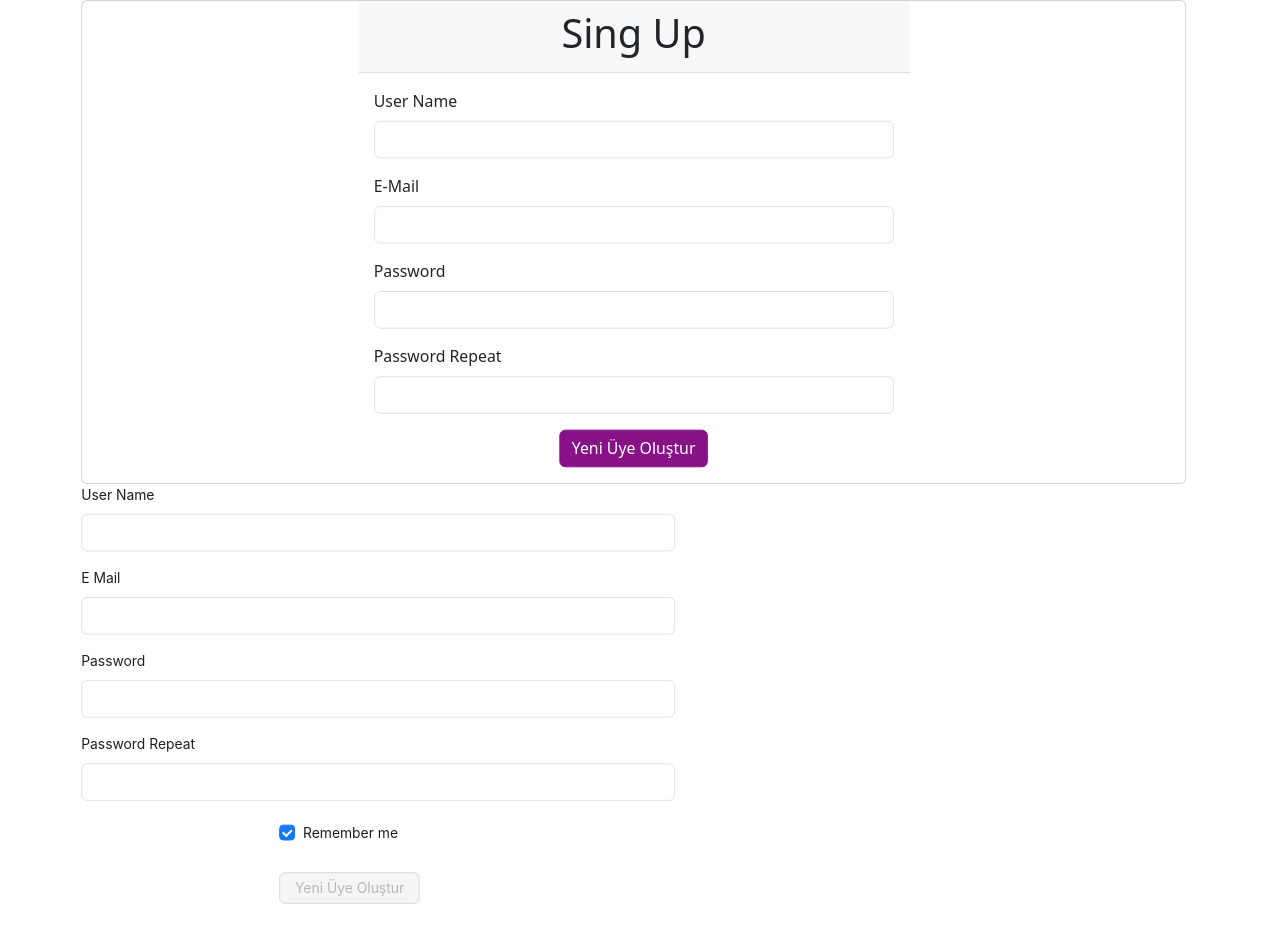
Repository: gursoyfahrettin20/startupProjectWeb
Page: /signup
The author's editor kept a copy of each file at every save. The page is drawn from the files as they stood at one save, then again after the next save.
The browser window is 1280 px wide. The pictures show the whole page, at 99% of full size.
The project was rebuilt for these pictures with package versions that can differ from the ones it lists, and the page was loaded fresh each time. Also part of the build but not shown: vite.config.js.

Above is the page before, as saved 2024-01-17 00:38:59.

After the next save:
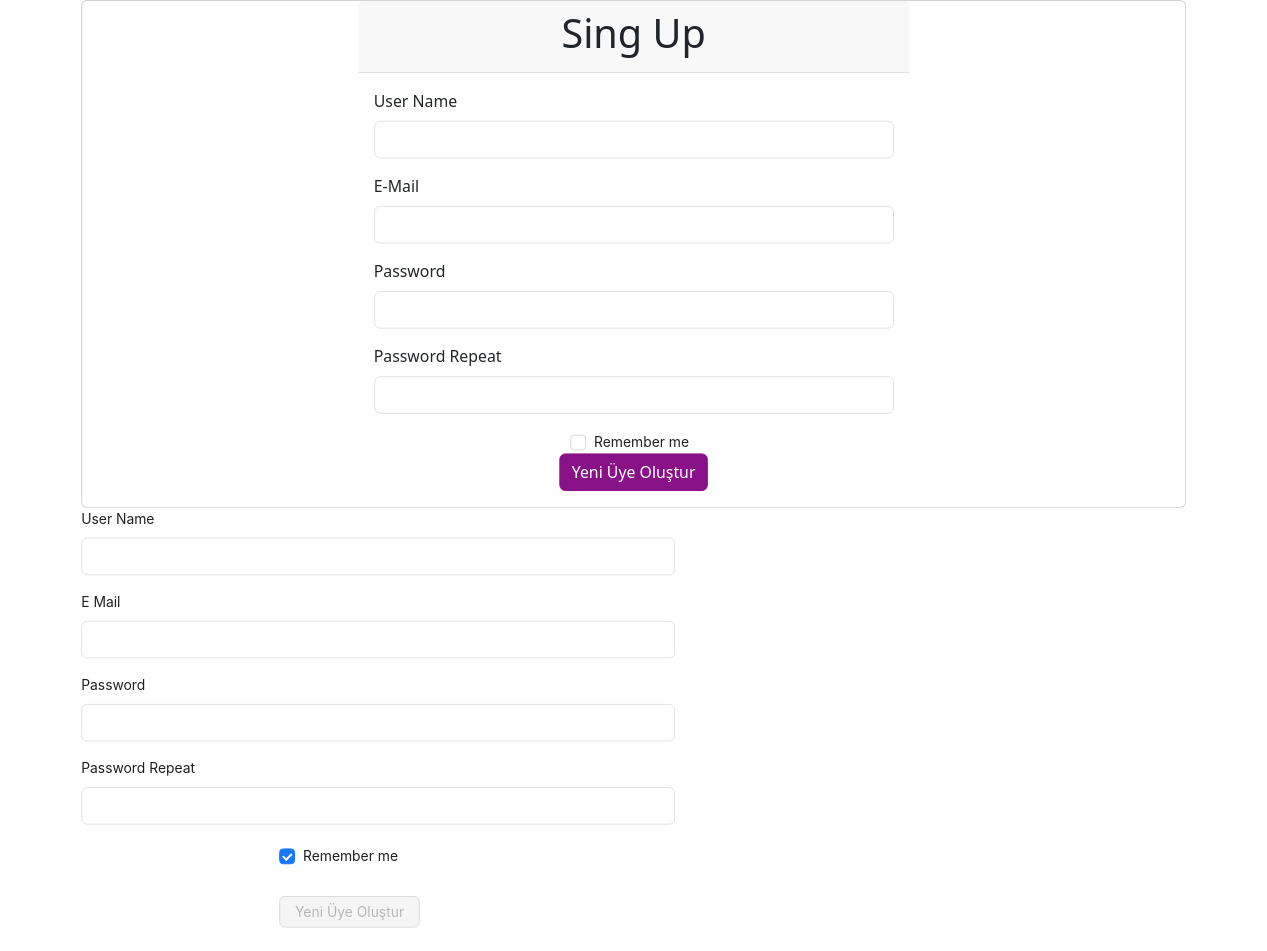
Saved 33 s later.
--- a/src/pages/SignUp/index.jsx
+++ b/src/pages/SignUp/index.jsx
@@ -99,6 +99,9 @@ function index() {
                             onChange={(e) => setPasswordRepeat(e.target.value)}
                         />
                         <div className='text-center'>
+                        <Checkbox>Remember me</Checkbox>
+                        </div>
+                        <div className='text-center'>
                             <button className='btn btn-primary'>{apiProgress ? "Yeni Üye Oluşturuluyor..." : "Yeni Üye Oluştur"}</button>
                         </div>
                     </div>
